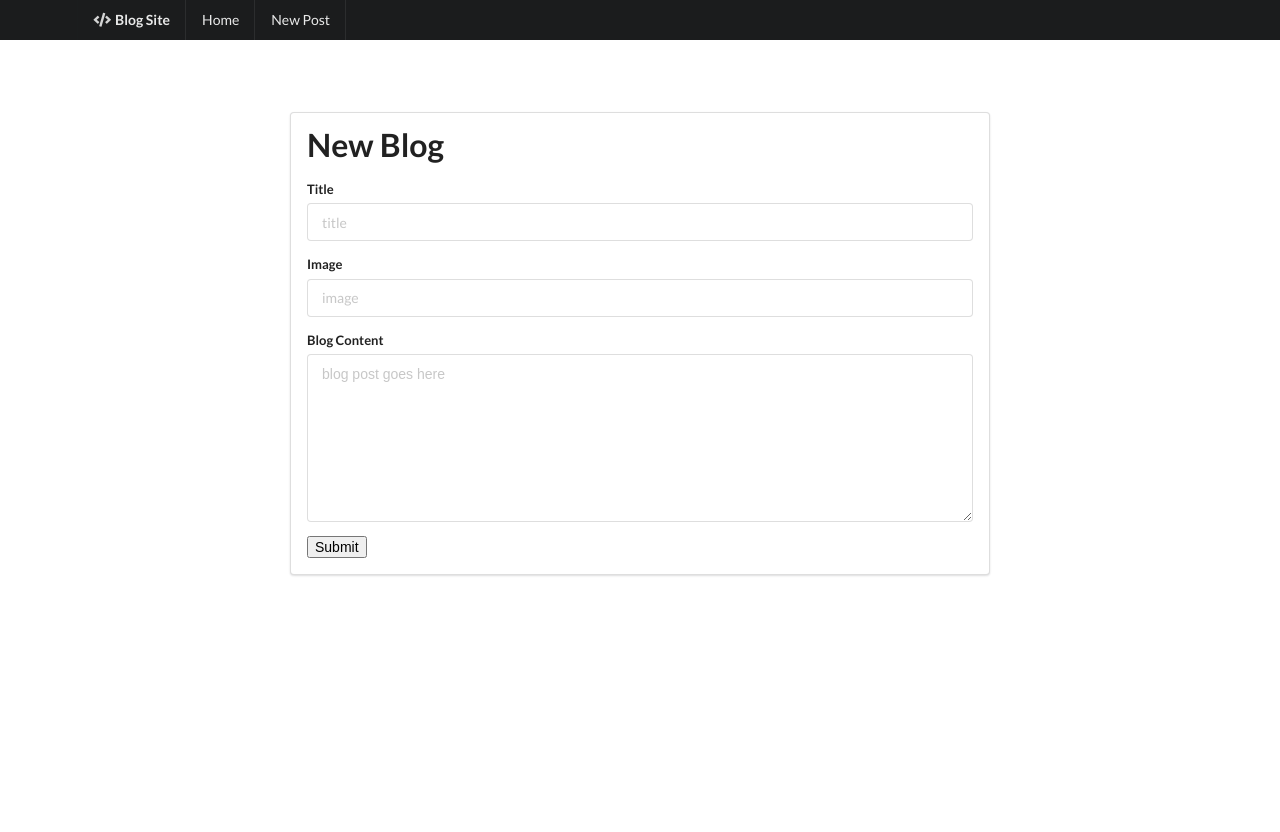
Repository: pruzic/webdevbootcamp
Page: http://localhost/blogs/new
The author's editor kept a record of every edit. The page is drawn from the files as they stood at one moment, then again after the next edit.
The browser window is 1280 px wide. The pictures show the whole page.
Some web libraries are served in a nearby version. The page is served by the project's Node server (RESTfulRouting/RESTfulBlogApp/app.js).

Above is the page before.

### workspace/RESTfulRouting/RESTfulBlogApp/views/new.ejs
<% include ./partials/header %>
<div class="ui main text container segment">
    <div class="ui huge header">
        New Blog
    </div>
    <form class="ui form" action="/blogs" method="POST">
        <div class="field">
            <label>Title</label>
            <input type="text" name="blog[title]" placeholder="title">
        </div>
        <div class="field">
            <label>Image</label>
            <input type="text" name="blog[image]" placeholder="image">
        </div>
        <div class="field">
            <label>Blog Content</label>
            <textarea name="blog[body]" placeholder="blog post goes here"></textarea>
        </div>

        <input type="submit" value="Submit">
    </form>
</div>

<% include ./partials/footer %>

### workspace/RESTfulRouting/RESTfulBlogApp/views/partials/header.ejs
<!DOCTYPE html>
<html>
    <header>
        <title>Blog App</title>
       <link rel="stylesheet" type="text/css" href="https://cdnjs.cloudflare.com/ajax/libs/semantic-ui/2.2.9/semantic.min.css">
       <link rel="stylesheet" type="text/css" href="/stylesheets/app.css">
    </header>

    <body>
       <div class="ui fixed inverted menu">
           <div class="ui container">
               <div class="header item"><i class="code icon"></i>Blog Site</div>
               <a href="/" class="item">Home</a>
               <a href="/blogs/new" class="item">New Post</a>
           </div>
       </div>

### workspace/RESTfulRouting/RESTfulBlogApp/views/partials/footer.ejs

   </body>
</html>

### workspace/RESTfulRouting/RESTfulBlogApp/app.js
var bodyParser          = require("body-parser"),
    methodOverride      = require("method-override"),
    expressSanitizer    = require("express-sanitizer"),
    mongoose            = require("mongoose"),
    express             = require("express"),
    app                 = express();

    //APP CONFIG
    mongoose.connect("mongodb://localhost/restful_blog_app");
    app.set("view engine", "ejs");
    app.use(express.static("public"));
    app.use(bodyParser.urlencoded({extended: true}));
    app.use(expressSanitizer(""));
    app.use(methodOverride("_method"));


    // MONGOOSE/MODEL CONFIG
    var blogSchema = new mongoose.Schema({
        title: String,
        image: String,
        body: String,
        created: {type: Date, default: Date.now}
    })
    var Blog = mongoose.model("Blog", blogSchema);

    // ONE TIME CREATE A BLOG IN DB
    // Blog.create({
    //     title: "Test Blog",
    //     image: "https://encrypted-tbn1.gstatic.com/images?q=tbn:ANd9GcQL6jwEziP1elZBuKZ7m53LEIKTAfGF_Zb_SNH0DorE1M2X-ihl",
    //     body: "Hello this is a blog post!"
    // })

    //RESTFUL ROUTES

    app.get("/", function(req, res) {
        res.redirect("/blogs");
    })
     //INDEX ROUTE
    app.get("/blogs", function(req, res){
        Blog.find({}, function(err, allBlogs){
            if(err){
                console.log(err);
            }
            else
            {
                 res.render("index", {blogs: allBlogs});
            }
        })
    });

    //NEW ROUTE
    app.get("/blogs/new", function(req, res) {
        res.render("new");
    });

    //CREATE ROUTE
    app.post("/blogs", function(req, res) {
      //Sanitizer is used to check for any HTML tag and javascript
      //input from user and make sure it is not harmful, by removing javascript from text.
      req.body.blog.body = expressSanitizer(req.body.blog.body);
      Blog.create(req.body.blog, function(err, newBlog){
          if(err){
               res.render("new")
          }
          else{
              //then, redirect to the index
             res.redirect("/blogs");
          }
      });

    });

    //SHOW ROUTE
    app.get("/blogs/:id", function(req, res) {
        Blog.findById(req.params.id, function(err, blog){
            if(err){
                res.redirect("/blogs")
            }
            else
            {
                res.render("show", {blog:blog});
            }
        });

        // res.send("SHOW PAGE!");
    });

    //EDIT ROUTE
    app.get("/blogs/:id/edit", function(req, res) {
        Blog.findById(req.params.id, function(err, foundBlog){
            if(err){
                res.redirect("/blogs");
            }
            else
            {
                res.render("edit", {blog: foundBlog});
            }
        });

    });

    //UPDATE ROUTE
    app.put("/blogs/:id", function(req, res){
        Blog.findByIdAndUpdate(req.params.id, req.body.blog, function(err, updatedBlog){
            if(err){
                res.redirect("/blogs");
            }
            else{
                res.redirect("/blogs/"+req.params.id);
            }
        });
    });

    //DELETE ROUTE
    app.delete("/blogs/:id", function(req, res){

      Blog.findByIdAndRemove(req.params.id, function(err){
          if(err){
               res.redirect("/blogs");
          }
          else{
              res.redirect("/blogs");
          }
      });
    });

    app.listen(process.env.PORT, process.env.IP, function() {
        console.log("Server Started!");
    })

### workspace/RESTfulRouting/RESTfulBlogApp/public/stylesheets/app.css
.container.main{
    margin-top: 7.0em;
}

.icon{
    font-size: 1.5em;
}

After the next edit:
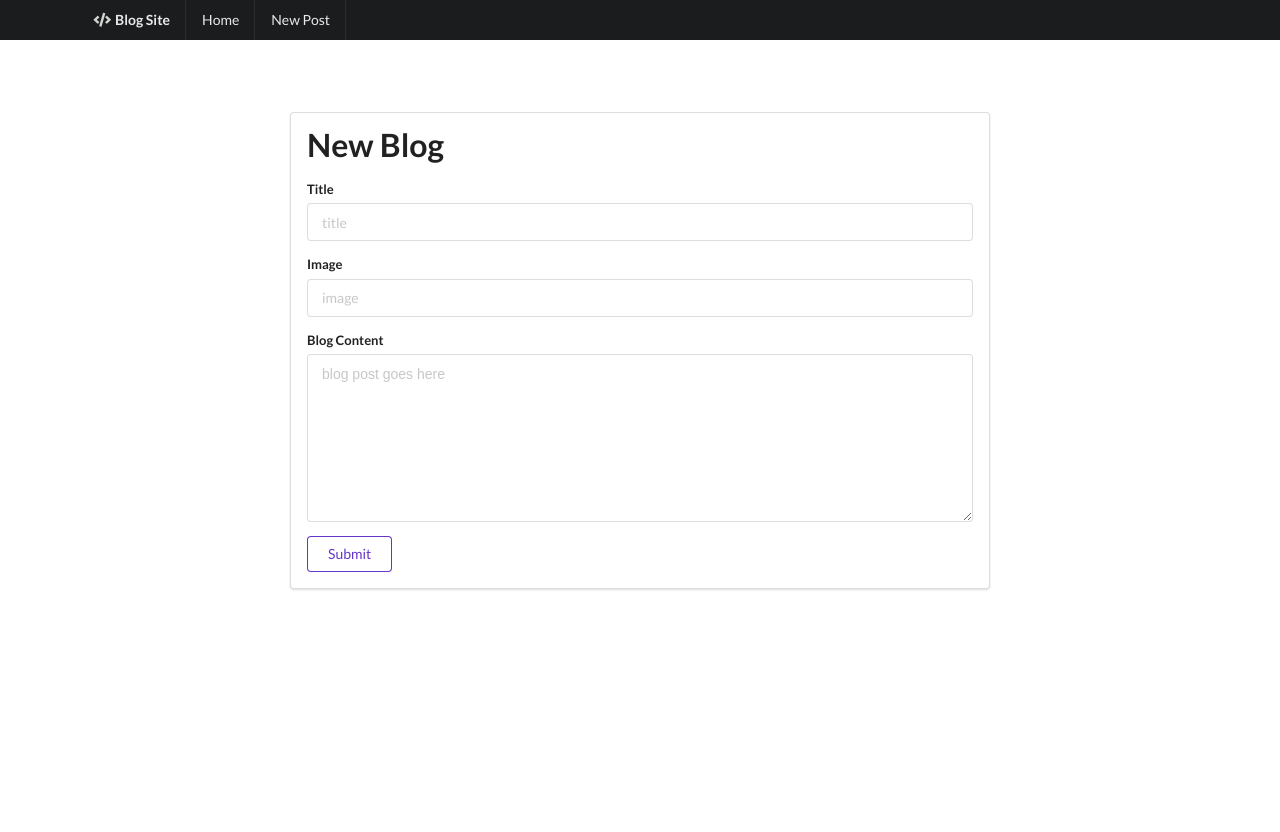
The edit:
--- a/workspace/RESTfulRouting/RESTfulBlogApp/views/new.ejs
+++ b/workspace/RESTfulRouting/RESTfulBlogApp/views/new.ejs
@@ -17,7 +17,7 @@
             <textarea name="blog[body]" placeholder="blog post goes here"></textarea>
         </div>
 
-        <input type="submit" value="Submit">
+        <input class="ui violet basic button" type="submit" value="Submit">
     </form>
 </div>
 
